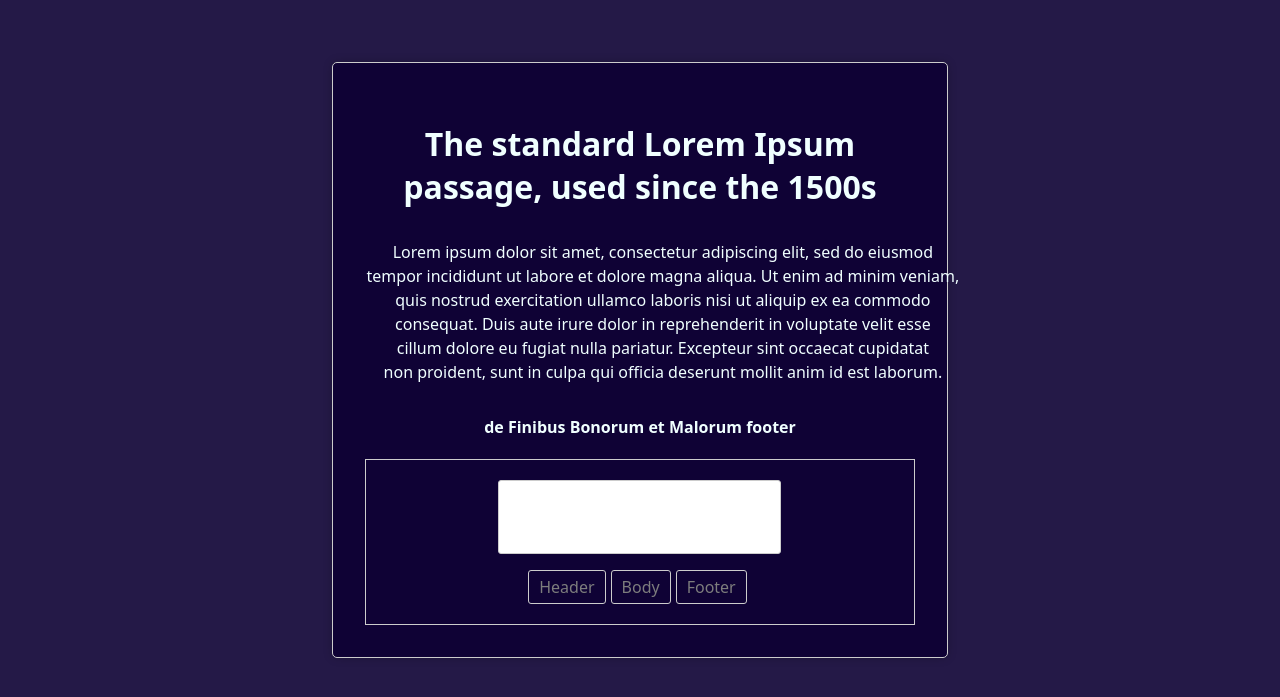
Repository: Freezler/AnnounceCraft
Page: index.html
An editor plug-in stored every save of this project. The page is shown before and after a run of saves, followed by the edit.
The browser window is 1280 px wide. The pictures show the whole page.

Above is the page before, as saved 2024-01-21 10:31:31.

### index.html
<!DOCTYPE html>
<html lang="en">

<head>
	<meta charset="UTF-8" />
	<meta name="viewport" content="width=device-width, initial-scale=1.0" />
	<title>Shopping List App</title>
	<link rel="stylesheet" href="style.css" />
</head>

<body>

	<section id="shopping-list">
		<h1>{{ header }}</h1>
		<p>{{ body }}</p>
		<h4>{{ footer }}</h4>
		<div class="choice-box">
			<input v-model="selectedText" type="text" />
			<div class="radio-container">
				<input type="radio" id="header" value="Header" v-model="selectedType" @change="updateText">
				<label for="header">Header</label>
				<input type="radio" id="body" value="Body" v-model="selectedType" @change="updateText">
				<label for="body">Body</label>
				<input type="radio" id="footer" value="Footer" v-model="selectedType" @change="updateText">
				<label for="footer">Footer</label>
			</div>
		</div>

	</section>
	<script src="https:unpkg.com/vue@3"></script>
	<script>
		const shoppingList = Vue.createApp({
			data() {
				return {
					header: "The standard Lorem Ipsum passage, used since the 1500s",
					body: "Lorem ipsum dolor sit amet, consectetur adipiscing elit, sed do eiusmod tempor incididunt ut labore et dolore magna aliqua. Ut enim ad minim veniam, quis nostrud exercitation ullamco laboris nisi ut aliquip ex ea commodo consequat. Duis aute irure dolor in reprehenderit in voluptate velit esse cillum dolore eu fugiat nulla pariatur. Excepteur sint occaecat cupidatat non proident, sunt in culpa qui officia deserunt mollit anim id est laborum.",
					footer: "de Finibus Bonorum et Malorum footer",
					selectedText: "",
					selectedType: "" // Set initial value to Header
				};
			},
			methods: {
				updateText() {
					switch (this.selectedType) {
						case "Header":
							this.header = this.selectedText;
							break;
						case "Body":
							this.body = this.selectedText;
							break;
						case "Footer":
							this.footer = this.selectedText;
							break;
					}
				}
			}
		}).mount("#shopping-list");
	</script>
</body>

</html>

### style.css
body {
    margin: 0;
    padding: 0;
    font-family: system-ui, -apple-system, BlinkMacSystemFont, 'Segoe UI', Roboto, Oxygen, Ubuntu, Cantarell, 'Open Sans', 'Helvetica Neue', sans-serif;
    background-color: hsla(255, 100%, 10%, 0.9);
    color: azure;
    text-align: center;
    height: 100vh;
    display: flex;
    flex-direction: column;
    justify-content: space-evenly;
    align-items: center;
}

section {
    padding: 2rem;
    border: 1px solid #ccc;
    border-radius: 5px;
    box-shadow: 0 0 10px rgba(0, 0, 0, 0.2);
    width: 60ch;
    margin: 0 auto;
    background-color: hsla(255, 100%, 10%, 0.9);
    transition: all 1s ease;
    text-align: center;


}

h1 {
    font-size: 2rem;
}

h1:hover {

    transform: scale(1.5);
    color: hsla(66, 80%, 50%, 0.9);
    transition: all 5s cubic-bezier(0.215, 0.610, 0.355, 1);
}
p {
    font-size: 1rem;
    line-height: 1.6;
    width: 65ch;
    line-height: 1.5;
    margin: 2rem auto;
    text-wrap: balance;
}
label {
    display: block;
    color: #7d7d7d;
  }

  .radio-container input[type="radio"] {
    display: none;
}

.radio-container input[type="radio"] + label {
    display: inline-block;
    padding: 5px 10px;
    border: 1px solid #ccc;
    border-radius: 3px;
    margin-right: 5px;
    cursor: pointer;
}

.radio-container input[type="radio"]:checked + label {
    background-color: #e0e0e0;
}

.choice-box {
    background: ;
    display: flex;
    flex-direction: column;
    gap: 16px;
    justify-content: center;
    break-before: always;
    margin: 0 auto;
    width: auto;
    border: 1px solid #ccc;
    padding: 20px;
    input {
        width: auto;
        padding: 25px;
        border: 1px solid #ccc;
        border-radius: 3px;
        font-size: 16px;
        font-family: system-ui, -apple-system, BlinkMacSystemFont, 'Segoe UI', Roboto, Oxygen, Ubuntu, Cantarell, 'Open Sans', 'Helvetica Neue', sans-serif;
        margin: 0 auto;
        outline: none;
        &:focus {
            border-color: #007bff;
            box-shadow: 0 0 0 0.2rem rgba(0, 123, 255, 0.25);


        }
    }
}

After the next 2 saves:
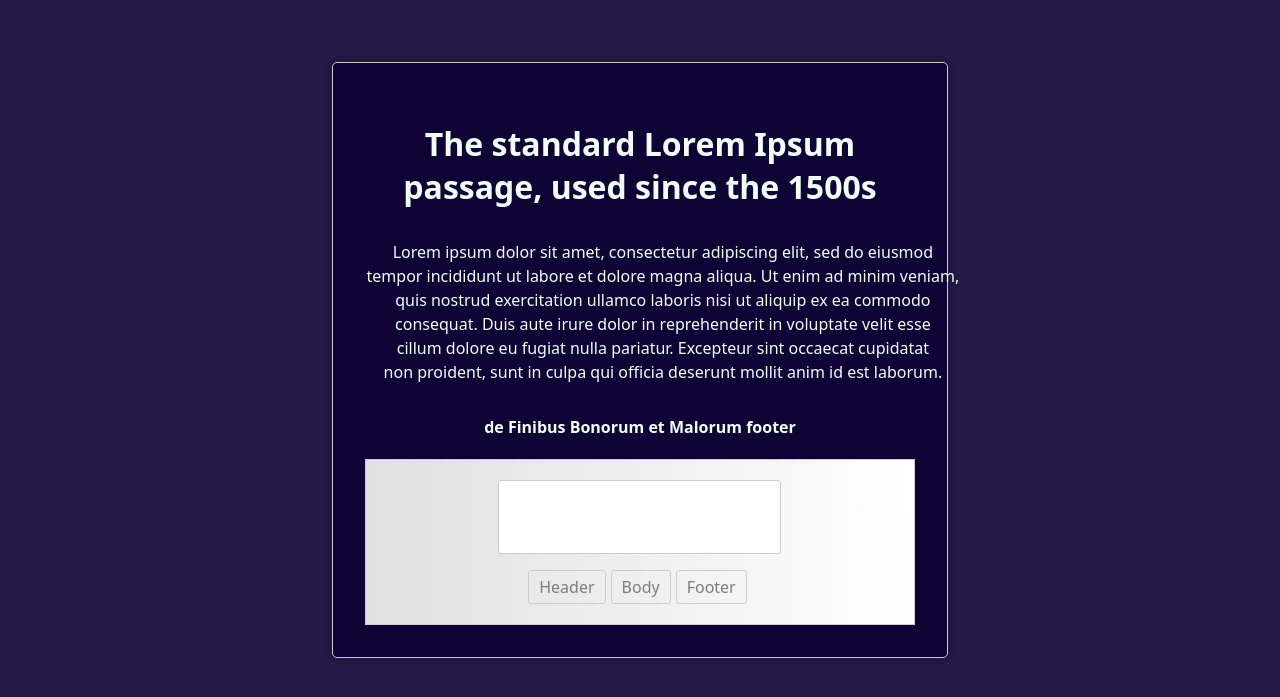
The 2 saves are shown as one change because they came seconds apart.
The last was saved 24 s later.
--- a/style.css
+++ b/style.css
@@ -67,7 +67,7 @@
 }
 
 .choice-box {
-    background: ;
+    background: linear-gradient(90deg, #e0e0e0 0%, #fff 100%);
     display: flex;
     flex-direction: column;
     gap: 16px;

After the save that followed:
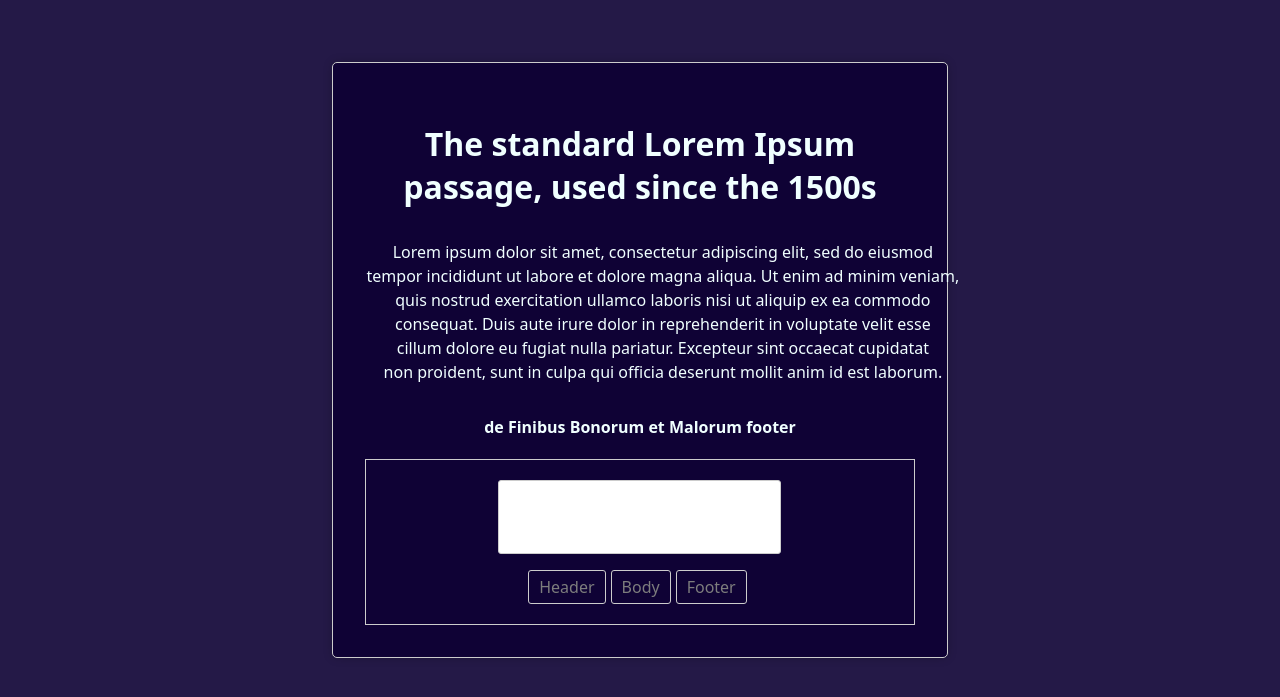
Saved 9 s later.
--- a/style.css
+++ b/style.css
@@ -67,7 +67,7 @@
 }
 
 .choice-box {
-    background: linear-gradient(90deg, #e0e0e0 0%, #fff 100%);
+    background: linear-gradient(90deg, hsla#e0e0e0 0%, #fff 100%);
     display: flex;
     flex-direction: column;
     gap: 16px;
